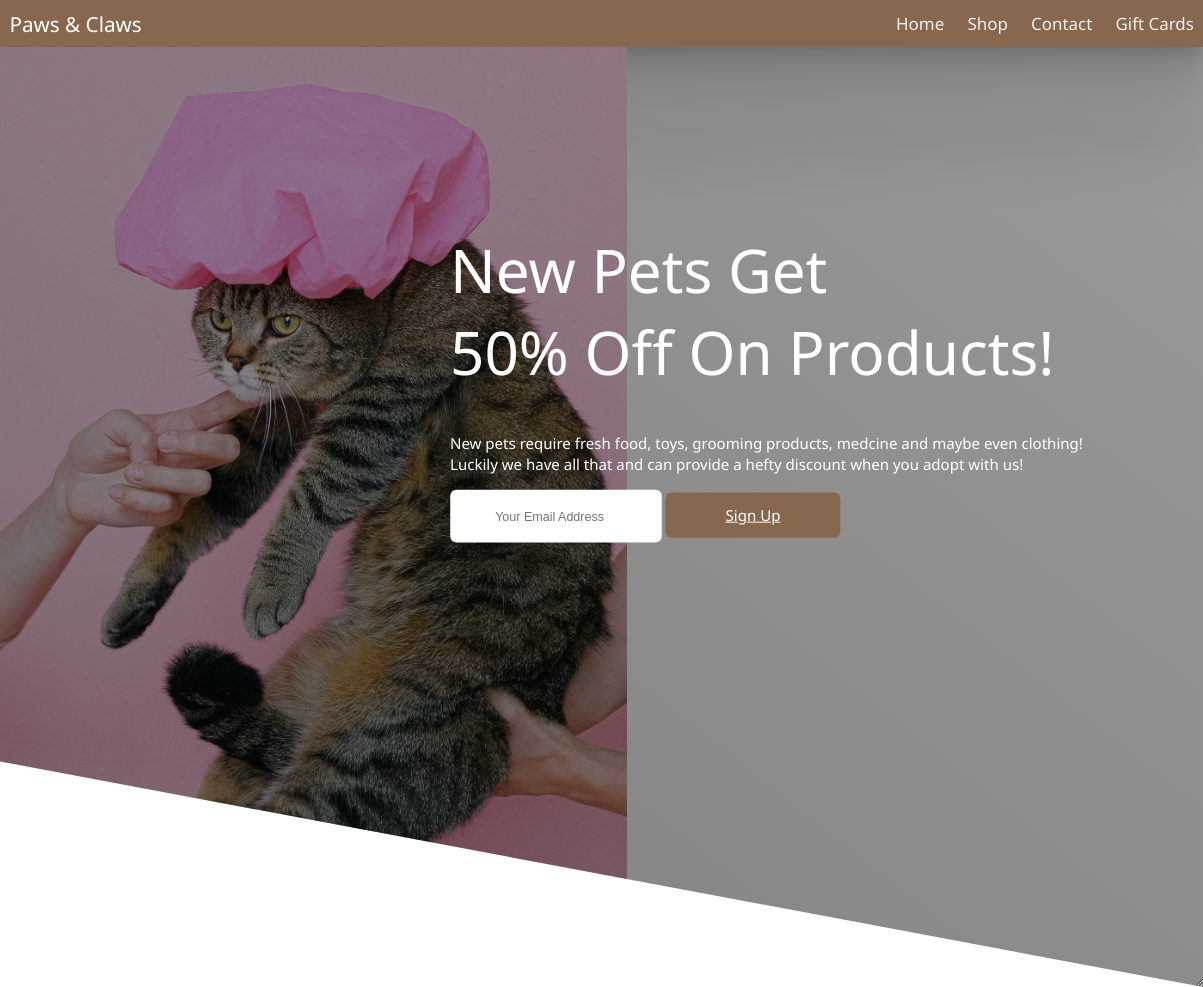
Repository: LtGriff/petProject
Page: dist/about.html
An editor plug-in stored every save of this project. The page is shown before and after a run of saves, followed by the edit.
The browser window is 1280 px wide. The pictures show the whole page, at 94% of full size.

Above is the page before, as saved 2022-05-19 07:53:23.

### dist/about.html
<!DOCTYPE html>
<html lang="en">
<head>
    <meta charset="UTF-8">
    <meta http-equiv="X-UA-Compatible" content="IE=edge">
    <meta name="viewport" content="width=device-width, initial-scale=1.0">
    <link rel="stylesheet" type="text/css" href="../CSS/about.css">
    <title>About the Animal House</title>
</head>
<body>
<!-------------NAV***************BAR----------------------->

    <div class="nav">
        <input type="checkbox" id="nav-check">
        <div class="nav-header">
          <div class="nav-title">
            Paws & Claws
          </div>
        </div>
        <div class="nav-btn">
          <label for="nav-check">
            <span></span>
            <span></span>
            <span></span>
          </label>
        </div>

        <div class="nav-links">
          <a href="index.html" target="">Home</a>
          <a href="shop.html" target="_blank">Shop</a>
          <a href="contact.html" target="_blank">Contact</a>
          <a href="giftcard.html" target="_blank">Gift Cards</a>
        </div>
      </div>

    <!-------------NAV*******BAR********END----------------------->


 <!------------------HEADER*******SECTION---------------------->


 <div class="dogfield"></div>

 <header id="header-section">
  <div class="header-text container">
      <h1>New Pets Get <br> 50%  Off On Products!</h1>
      <p>
         New pets require fresh food, toys, grooming products, medcine and maybe even clothing!<br> Luckily we have all that and can provide a hefty discount when you adopt with us!
      </p>
      <input id="userInput" type="email" placeholder="Your Email Address" required>
      <a class="cta" href="#">Sign Up</a>
      <p id="error">Please provide a valid email address</p>
  </div>
</header>










</body>
</html>

### dist/CSS/about.css
/** NAV BAR **/

* {
    box-sizing: border-box;
  }

  body {
    margin: 0px;
    font-family: 'segoe ui';
  }

  .nav {
    height: 50px;
    width: 100%;
    background-color: #87684e;

  /**
    opacity: .5;
    filter: alpha(opacity=50);
    position: relative;**/
    /* z-index: ; */


    box-shadow:
    0 2.8px 2.2px rgba(0, 0, 0, 0.034),
    0 6.7px 5.3px rgba(0, 0, 0, 0.048),
    0 12.5px 10px rgba(0, 0, 0, 0.06),
    0 22.3px 17.9px rgba(11, 4, 4, 0.072),
    0 41.8px 33.4px rgba(0, 0, 0, 0.086),
    0 100px 80px rgba(0, 0, 0, 0.12);
  }

  .nav > .nav-header {
    display: inline;
  }

  .nav > .nav-header > .nav-title {
    display: inline-block;
    font-size: 22px;
    color: #fff;
    padding: 10px 10px 10px 10px;
  }

  .nav > .nav-btn {
    display: none;
  }

  .nav > .nav-links {
    display: inline;
    float: right;
    z-index: 9;
    font-size: 18px;
  }

  .nav > .nav-links > a {
    display: inline-block;
    padding: 13px 10px 13px 10px;
    text-decoration: none;
    color: #efefef;
  }

  .nav > .nav-links > a:hover {
    background-color: rgba(0, 0, 0, 0.3);
  }

  .nav > #nav-check {
    display: none;
  }


 /** HEADER SECTION **/

#header-section{
    height: 90vh;
    background-image: linear-gradient(
        to left bottom,
        rgba(0, 0, 0, 0.4),
        rgba(0, 0, 0, 0.5)),
    url("../img/catpink.jpg");
    background-size: contain;
    background-repeat: no-repeat;
    width: auto;
    height: 1000px;
    resize: both;
    overflow: scroll;
    clip-path: polygon(0% 0%,100% 0%,100% 100%,0% 76%);

  }



  .header-text {
    position: absolute;
    top: 28%;
    right: 10%;
    color: #ffffff;
  }

  .header-text h1 {
    font-size: 4rem;
    font-weight: 500;
  }

  .header-text p {
    margin-bottom: 1rem;
  }

  #header-section input {
    width: 225px;
    height: 3.5rem;
    border-radius: 0.4rem;
    border: none;
    padding: 0.5rem 3rem;
  }

  .cta {
    background-color: #87684e;
    padding: 0.8rem 4rem;
    border-radius: 0.4rem;
    color: #fff;
    font-weight: 400;
  }

  .cta:hover {
    transform: translateY(-3px);
    box-shadow: 0 1rem 2rem rgba(0, 0, 0, .2);
  }

  .cta:active {
    transform: translateY(-1px);
    box-shadow: 0 .5rem 1rem rgba(0, 0, 0, .2);
  }

  .cta::after {
    content: "";
    display: inline-block;
    height: 100%;
    width: 100%;
    border-radius: 10rem;
    position: absolute;
    top: 0;
    left: 0;
    z-index: -1;
    transition: all .4s;
  }

  .cta:hover::after {
    transform: scaleX(1.4) scaleY(1.6);
    opacity: 0;
  }

  #error {
    color: red;
    font-weight: 600;
    display: none;
    margin-top: 1rem;
    transition: all 0.5s ease-in;
  }

@media (max-width:600px) {
    .nav > .nav-btn {
      display: inline-block;
      position: absolute;
      right: 0px;
      top: 0px;
    }
    .nav > .nav-btn > label {
      display: inline-block;
      width: 50px;
      height: 50px;
      padding: 13px;
    }
    .nav > .nav-btn > label:hover,.nav  #nav-check:checked ~ .nav-btn > label {
      background-color: rgba(0, 0, 0, 0.3);
    }
    .nav > .nav-btn > label > span {
      display: block;
      width: 25px;
      height: 10px;
      border-top: 2px solid #eee;
    }
    .nav > .nav-links {
      position: absolute;
      display: block;
      width: 100%;
      background: rgb(234,212,189);
      background: linear-gradient(7deg, rgba(234,212,189,1) 0%, rgba(204,175,140,1) 24%, rgba(191,161,124,1) 64%, rgba(135,104,78,1) 98%);
      height: 0px;
      transition: all 0.3s ease-in;
      overflow-y: hidden;
      top: 50px;
      left: 0px;
    }
    .nav > .nav-links > a {
      display: block;
      width: 100%;
    }
    .nav > #nav-check:not(:checked) ~ .nav-links {
      height: 0px;
    }
    .nav > #nav-check:checked ~ .nav-links {
      height: calc(28vh - 50px);
      overflow-y: auto;
    }

  }

After the next 2 saves:
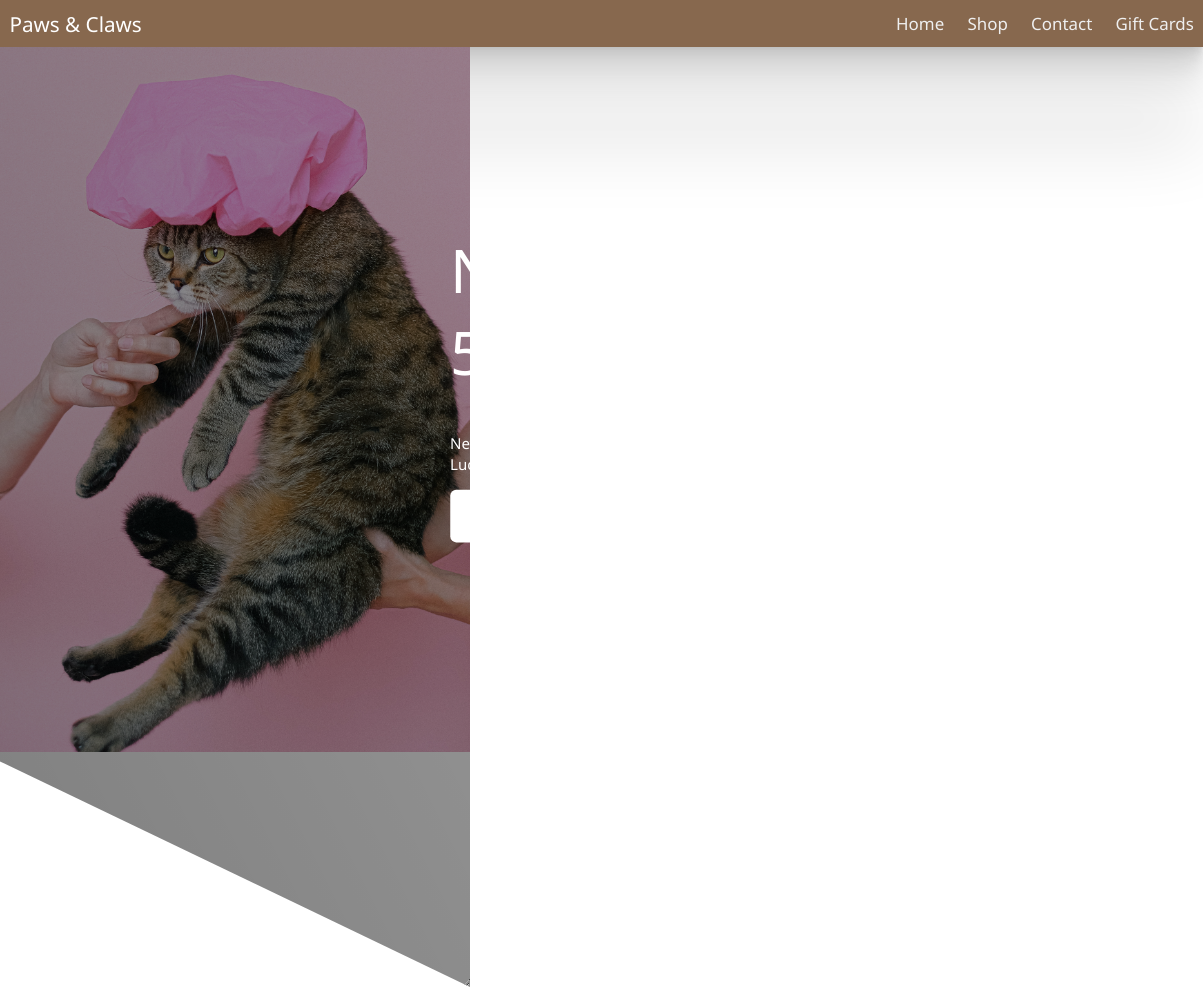
The 2 saves are shown as one change because they came seconds apart.
The last was saved 13 s later.
--- a/dist/CSS/about.css
+++ b/dist/CSS/about.css
@@ -79,7 +79,7 @@
     url("../img/catpink.jpg");
     background-size: contain;
     background-repeat: no-repeat;
-    width: auto;
+    width: 500px;
     height: 1000px;
     resize: both;
     overflow: scroll;

After the 2 saves that followed:
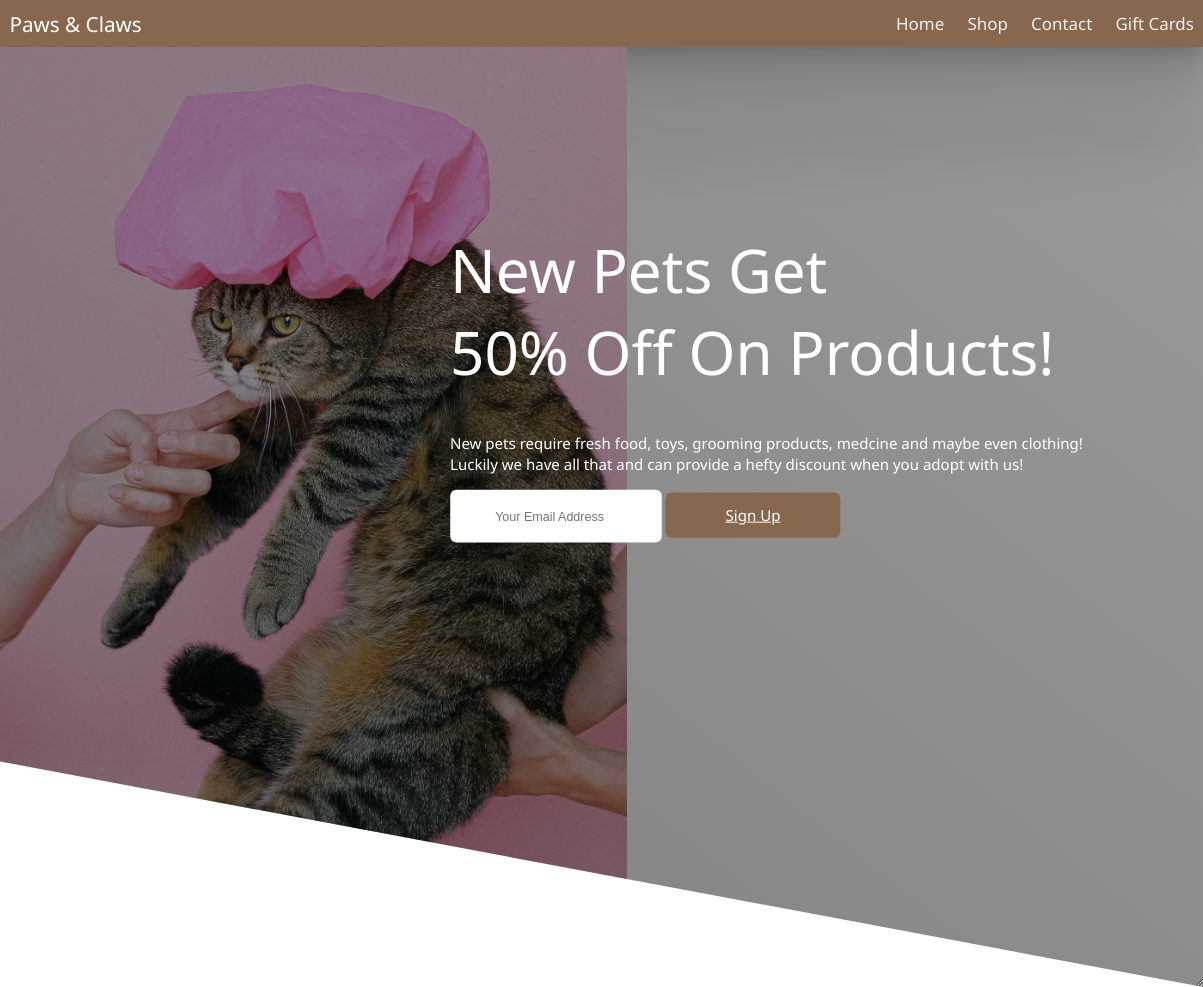
The 2 saves are shown as one change because they came seconds apart.
The last was saved 7 s later.
--- a/dist/CSS/about.css
+++ b/dist/CSS/about.css
@@ -79,7 +79,7 @@
     url("../img/catpink.jpg");
     background-size: contain;
     background-repeat: no-repeat;
-    width: 500px;
+    width: auto;
     height: 1000px;
     resize: both;
     overflow: scroll;
